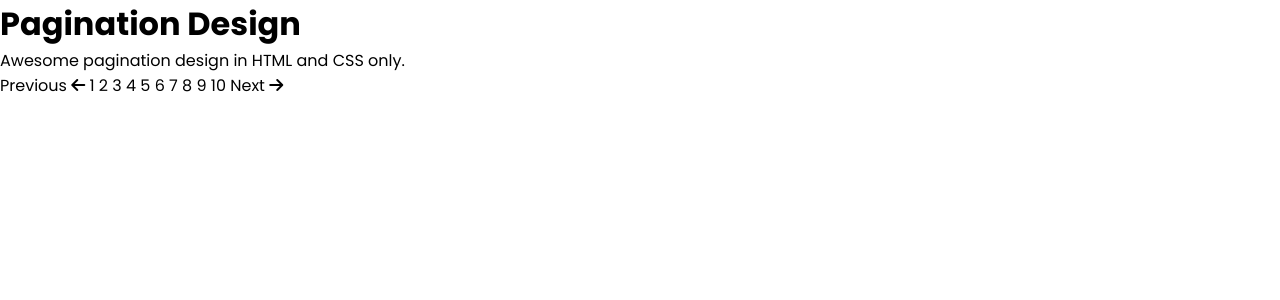
Repository: Ankitkr2021/Awesome-Pagination
Page: index.html
These files come from the project's save history. The page is drawn as it stood at one moment and after the next save; the edit follows.
The browser window is 1280 px wide. The pictures show the whole page.

Above is the page before, as saved 2025-10-02 08:53:33.

After the next save:
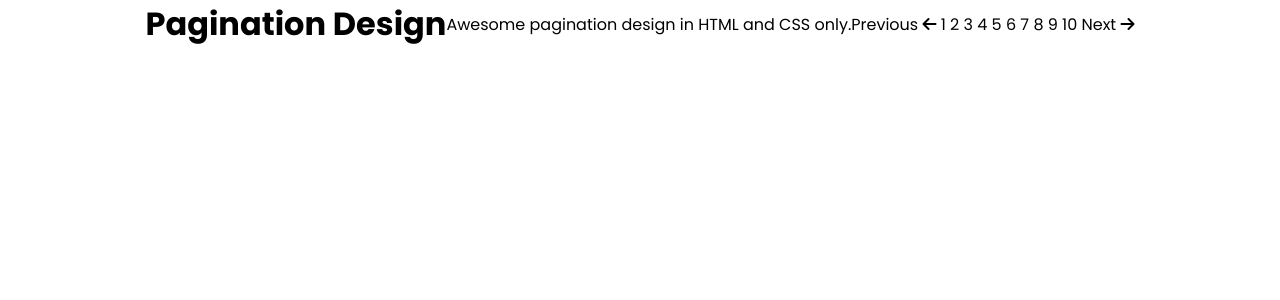
Saved 32 s later.
--- a/style.css
+++ b/style.css
@@ -6,3 +6,13 @@
     box-sizing: border-box;
     font-family: "Poppins",sans-serif;
 }
+
+body{
+
+}
+
+.page{
+   display: flex;
+   justify-content: center;
+   align-items: center;
+}
